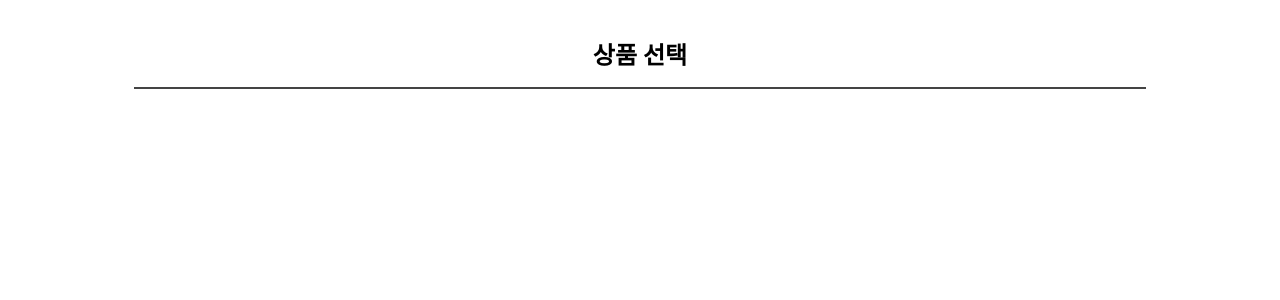
Repository: taiseidesu97/space_jspworks
Page: http://localhost/jweb0/cart/selProduct.jsp
An editor plug-in stored every save of this project. The page is shown before and after the next save, followed by the edit.
The browser window is 1280 px wide. The pictures show the whole page.
The page is served by Tomcat 10. Other server files are loaded and not shown.

Above is the page before, as saved 2025-10-13 03:09:32.

### jweb0/src/main/webapp/cart/selProduct.jsp
<%@ page language="java" contentType="text/html; charset=UTF-8"
    pageEncoding="UTF-8"%>
<!DOCTYPE html>
<html>
<head>
<meta charset="UTF-8">
<title>로그인 폼</title>
<style>
	#container{width: 80%; margin: 0 auto; text-align: center;}
	h2{border-bottom: 2px solid #444; padding: 16px}
</style>
</head>
<body>
<section id="container">
<h2>상품 선택</h2>
<!-- <form action="selProduct.jsp" method="post">
<p>
<input type="text" name="username" placeholder="이름 입력">
<input type="submit" value="로그인">
</p>
</form> -->
</section>

</body>
</html>

After the next save:
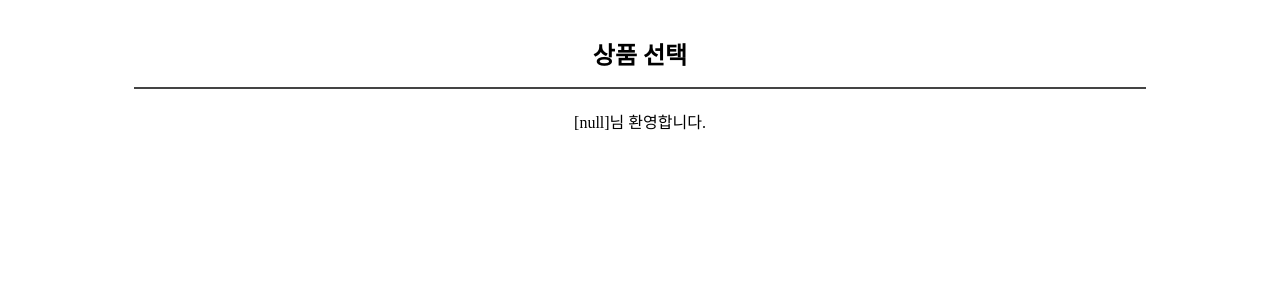
Saved 5 min 28 s later.
--- a/jweb0/src/main/webapp/cart/selProduct.jsp
+++ b/jweb0/src/main/webapp/cart/selProduct.jsp
@@ -10,15 +10,18 @@
 	h2{border-bottom: 2px solid #444; padding: 16px}
 </style>
 </head>
+<%
+//입력된 이름 받아오기
+String name = request.getParameter("username");
+//out.println(name);
+//세션 발급
+session.setAttribute("sessionName", name);
+%>
 <body>
 <section id="container">
 <h2>상품 선택</h2>
-<!-- <form action="selProduct.jsp" method="post">
-<p>
-<input type="text" name="username" placeholder="이름 입력">
-<input type="submit" value="로그인">
-</p>
-</form> -->
+<p>[<%=session.getAttribute("sessionName") %>]</b>님 환영합니다.</p>
+
 </section>
 
 </body>
